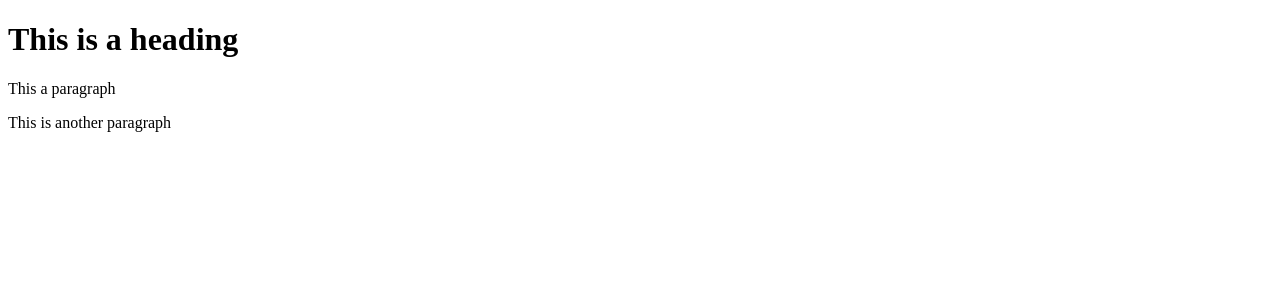
Repository: biggie-pti/git-test
Page: index.html
The author's editor kept a copy of each file at every save. The page is drawn from the files as they stood at one save, then again after the next save.
The browser window is 1280 px wide. The pictures show the whole page.

Above is the page before, as saved 2022-04-15 11:52:52.

### index.html
<!DOCTYPE html>
<html lang="en">
<head>
    <meta charset="UTF-8">
    <meta http-equiv="X-UA-Compatible" content="IE=edge">
    <meta name="viewport" content="width=device-width, initial-scale=1.0">
    <title>Document</title>
</head>
<body>
    <h1> This is a heading</h1>
    <p> This a paragraph</p>
    <p> This is another paragraph</p>
</body>
</html>

After the next save:
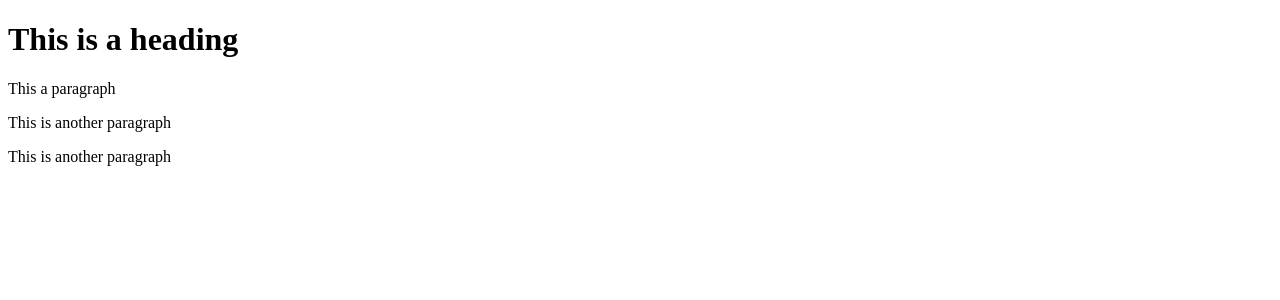
Saved 3 min 24 s later.
--- a/index.html
+++ b/index.html
@@ -10,5 +10,6 @@
     <h1> This is a heading</h1>
     <p> This a paragraph</p>
     <p> This is another paragraph</p>
+    <p> This is another paragraph</p>
 </body>
 </html>
